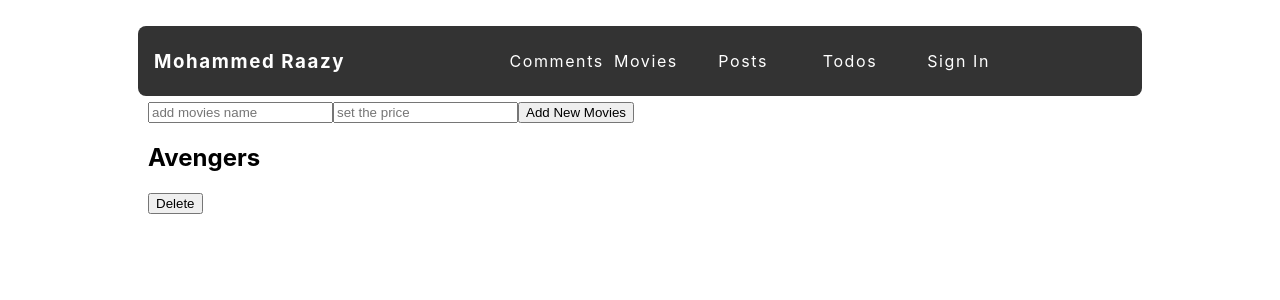
Repository: raazymuhd1/learn-nextjs
Page: /movies
The author's editor kept a copy of each file at every save. The page is drawn from the files as they stood at one save, then again after the next save.
The browser window is 1280 px wide. The pictures show the whole page.
The page's requests for data from a server got no answer. The project was rebuilt for these pictures with package versions that can differ from the ones it lists, and the page was loaded fresh each time. The framework's server and built-in components were replaced by stand-ins that run in the browser. No one was signed in, and anything a server would have sent is missing.

Above is the page before, as saved 2021-09-02 19:23:47.

### pages/_app.js
import Layout from '../components/Layout'
import '../styles/globals.css'
import { createStore } from "redux"
import { Provider } from "react-redux"

import  allReducers from "../reducers"

const store = createStore(allReducers)

function MyApp({ Component, pageProps }) {
  return (
    <Provider store={store}>
      <Layout>
         <Component {...pageProps} />
      </Layout>
    </Provider>
  )

}

export default MyApp

### pages/movies/index.js
import React, { useState, useRef } from 'react'
import { useSelector, useDispatch } from "react-redux"
import { useRouter } from "next/router"
import MovieList from '../../components/movieList'

const Movie = () => {
       const [ movieName, setMovieName ] = useState("")
       const [ moviePrice, setMoviePrice ] = useState("")
       const btnRef = useRef();

       const movies = useSelector(state => state.movies )
       const dispatch = useDispatch()
       const { push } = useRouter()

    return (
        <div>
             <input
             type="text"
             value={movieName}
             onChange={e => setMovieName(e.target.value) }
             placeholder="add movies name" />

             <input
             type="text"
             value={moviePrice}
             onChange={e => setMoviePrice(e.target.value) }
             placeholder="set the price"  />
             <button
             onClick={ () => dispatch({ type: "addMovie", name: movieName, price: moviePrice }) } > Add New Movies </button>

             { movies.map((movie, index) => (
                 <div>
                   <MovieList name={movie.name} ref={btnRef}  />
                 </div>
             )) }
        </div>
    )
}

export default Movie

### components/Layout/index.js
import React, { useEffect } from 'react'
import Head from 'next/head'
import { Container, Main } from '../global'
import Navbar from '../Navbar'

const Layout = ({ children }) => {

    return (
        <Container>
            <Navbar />
            <Head>
                <meta name="description" content="nextjs app" />
                <title> Big Next Project </title>
            </Head>

            <Main>
                { children }
            </Main>
        </Container>
    )
}

export default Layout

### reducers/index.js
import { combineReducers } from "redux"
import { movies } from './movies'

const allReducers =  combineReducers({
       movies,
})

export default allReducers;

### components/movieList/index.js
import React, { forwardRef } from 'react'
import PropTypes from "prop-types"

const MovieList = forwardRef(( { name }, ref ) => {

    const getRef = () => {
        console.log(ref.current)
    }

    return (
        <div>
            <h2> { name } </h2>
            <button ref={ref} onClick={getRef}> Delete </button>
        </div>
    )
})

MovieList.propTypes = {
    name: PropTypes.string.isRequired,
    // name: PropTypes.oneOfType([PropTypes.array, PropTypes.bool])
}

export default MovieList

### components/global/index.js
import styled from 'styled-components'

export const Container = styled.div`
    padding: 10px;
    width: 80%;
    margin: 1rem auto;
`
export const Main = styled.main`
    padding: 5px 10px;
`

### components/Navbar/index.js
import { LI, Nav, UL, HeadingThree } from "./styles";
import Link from "next/link"
import { useSession, signIn, signOut } from "next-auth/client"

const Navbar = () => {
     const [session, loading] = useSession()

    return (
        <Nav>
             <HeadingThree> Mohammed Raazy </HeadingThree>
             <UL>
                 <Link href="/comment">
                     <LI> Comments </LI>
                 </Link>
                 <Link href="/movies">
                     <LI> Movies </LI>
                 </Link>
                 <Link href="/posts">
                     <LI> Posts </LI>
                 </Link>
                 <Link href="/todo">
                     <LI> Todos </LI>
                 </Link>
                 { !session &&
                        <LI onClick={() => signIn()}> Sign In </LI>
                  }
                  { session && !loading &&
                        <LI onClick={() => signOut() } > Sign Out </LI>
                  }
             </UL>
        </Nav>
    )
}

export default Navbar;

### reducers/movies.js
const initialState = [
    { id: 1, name: "Avengers", price: "3k" },
]

export const movies =  (state = initialState, action) => {
     switch(action.type) {
         case "addMovie":
               return [ ...state, { name: action.name, price: action.price } ]
        default:
            return state
     }
}

### components/Navbar/styles.js
import styled from "styled-components"

export const Nav = styled.nav`
    padding: 5px 1rem;
    display: flex;
    align-items: center;
    justify-content: space-between;
    background: #333;
    color: #fff;
    border-radius: 8px;
    letter-spacing: 0.1rem;
`

export const HeadingThree = styled.h3`
    letter-spacing: 0.1rem;
`

export const UL = styled.div`
   display: grid;
   grid-template-columns: repeat(6, 1fr);
   gap: 10px;
   cursor: pointer;
`

export const LI = styled.li`
    list-style: none;
`

Loaded but not shown: pages/_document.js (common file); styles/globals.css (common file)

After the next save:
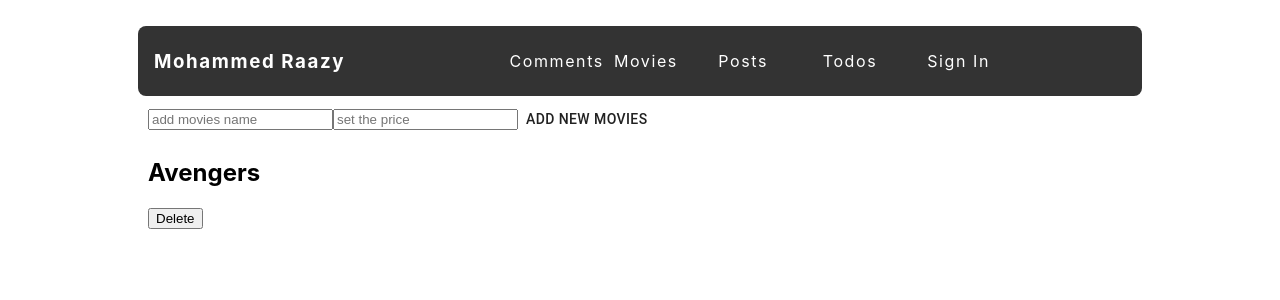
Saved 29 min 39 s later.
--- a/pages/movies/index.js
+++ b/pages/movies/index.js
@@ -2,6 +2,8 @@ import React, { useState, useRef } from 'react'
 import { useSelector, useDispatch } from "react-redux"
 import { useRouter } from "next/router"
 import MovieList from '../../components/movieList'
+
+import { Button } from "@material-ui/core"
 
 const Movie = () => {
        const [ movieName, setMovieName ] = useState("")
@@ -25,8 +27,8 @@ const Movie = () => {
              value={moviePrice}
              onChange={e => setMoviePrice(e.target.value) }
              placeholder="set the price"  />
-             <button
-             onClick={ () => dispatch({ type: "addMovie", name: movieName, price: moviePrice }) } > Add New Movies </button>
+             <Button
+             onClick={ () => dispatch({ type: "addMovie", name: movieName, price: moviePrice }) } > Add New Movies </Button>
 
              { movies.map((movie, index) => (
                  <div>
